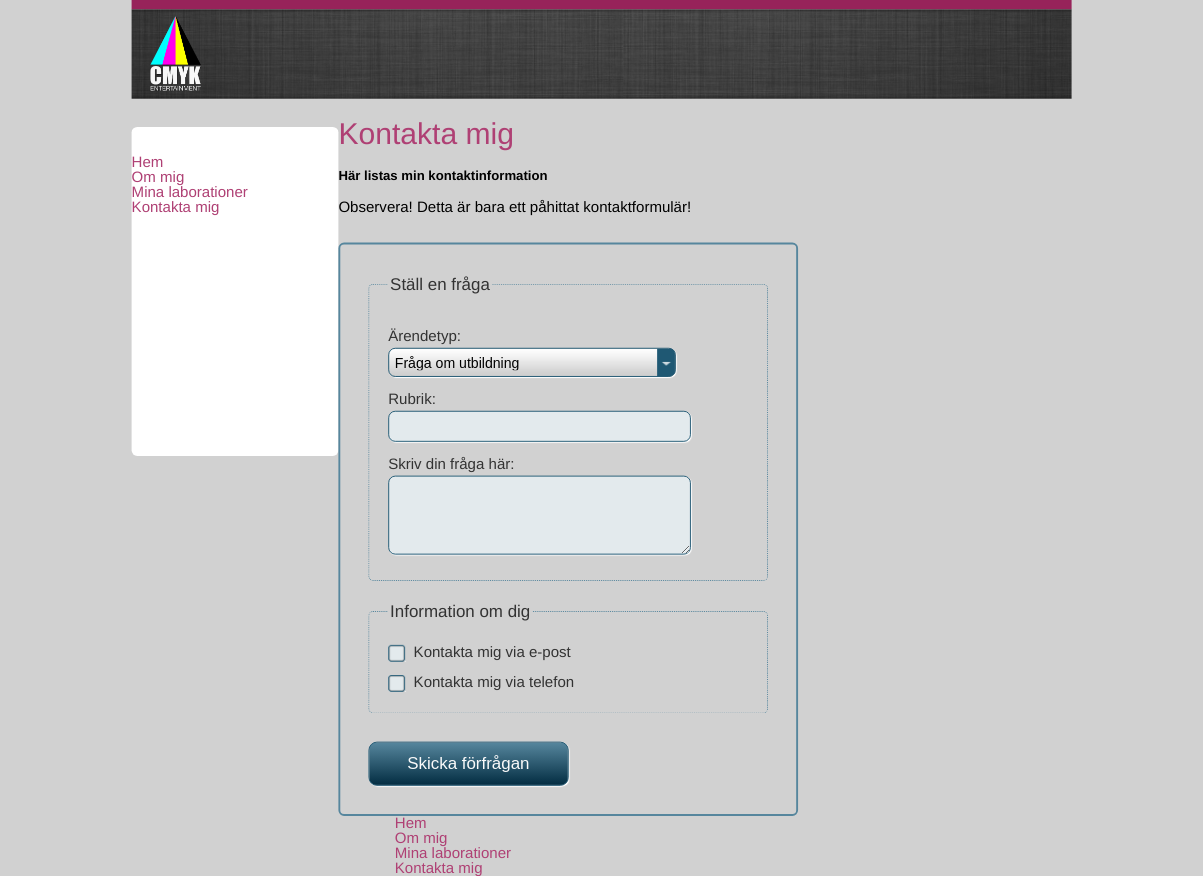
Repository: Holmewi/1ik415-jh222qr-laborationer
Page: pages/kontakt.html
The author's editor kept a record of every edit. The page is drawn from the files as they stood at one moment, then again after the next edit.
The browser window is 1280 px wide. The pictures show the whole page, at 94% of full size.

Above is the page before.

After the next edit:
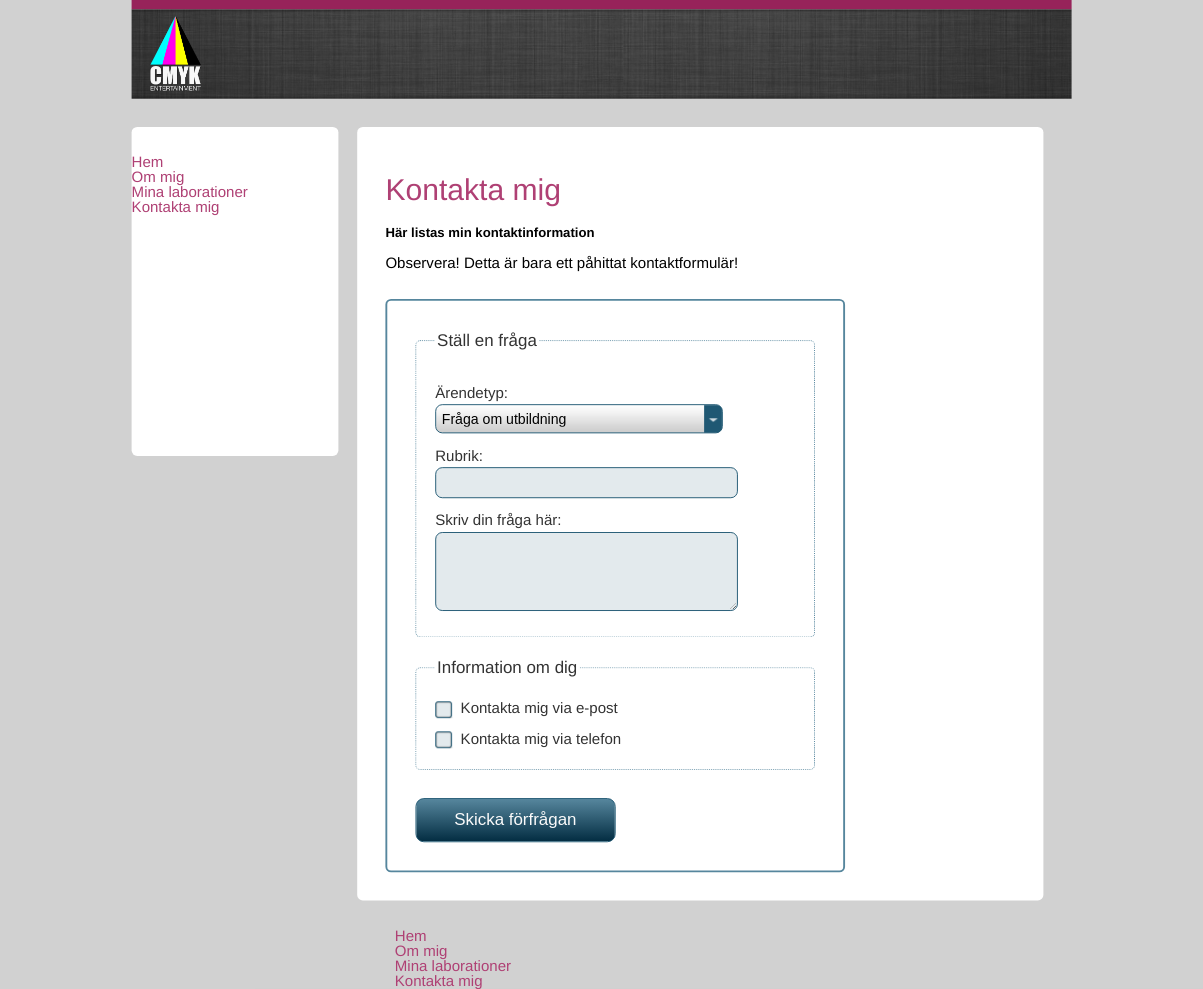
The edit:
--- a/pages/kontakt.html
+++ b/pages/kontakt.html
@@ -34,7 +34,7 @@
                 </div>
             </nav>
 
-            <div id="content" class="borderRadius">
+            <main id="content" class="borderRadius">
                 <div id="contentTop">
                     <h1>Kontakta mig</h1>
                     <h4>Här listas min kontaktinformation</h4>
